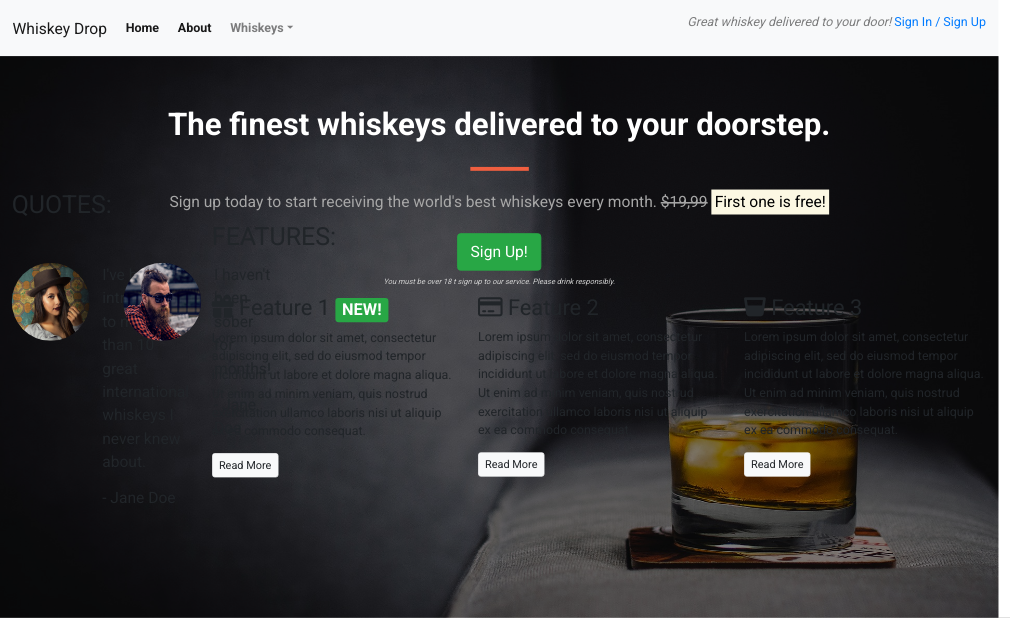
Repository: nitr-am/whiskey-project
Page: index.html
The author's editor kept a record of every edit. The page is drawn from the files as they stood at one moment, then again after the next edit.
The browser window is 1280 px wide. The page is 1295 px wide, so the pictures cover 1295 px, including what lies to the right of the window. The pictures show the whole page, at 78% of full size.
Backgrounds fixed to the window are drawn as part of the page. Some web libraries are served in a nearby version.

Above is the page before.

After the next edit:
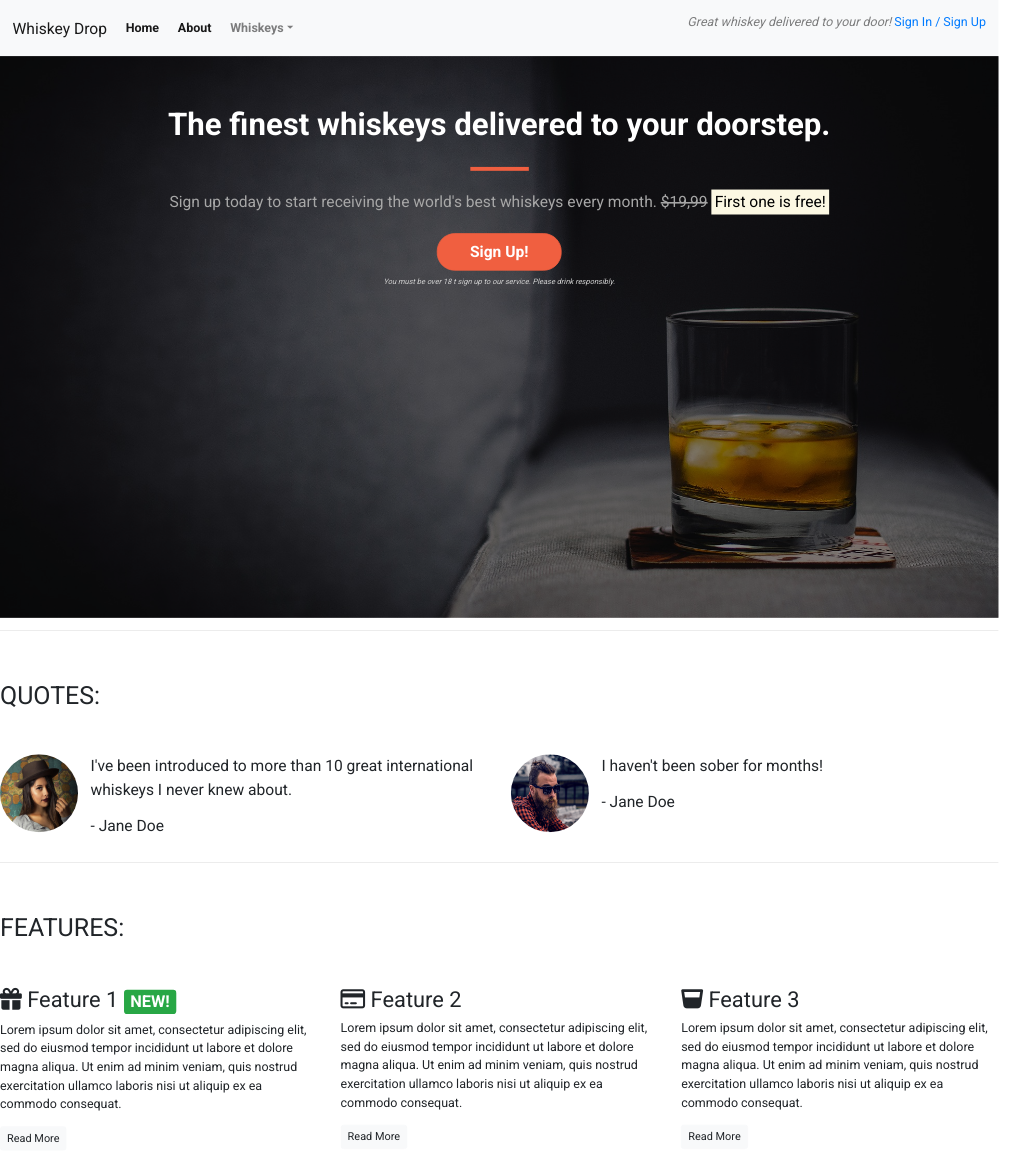
The edit:
--- a/index.html
+++ b/index.html
@@ -42,7 +42,7 @@
     </nav>
 
 
-   <!--
+    <!--
    <div class="container alert-container">
         <div class="row d-none d-sm-block">
             <div class="col-12">
@@ -57,18 +57,19 @@
     <!-- Callout -->
     <div class="container-fluid callout-container">
         <div class="opaque-overlay">
-        <div class="row">
-            <div class="col-12">
-                <section class="callout jumbotron text-center">
-                    <h1 class="jumbotron-header">The finest whiskeys delivered to your doorstep.</h1>
-                    <hr class="block-divider block-divider--orange">
-                    <p class="lead">Sign up today to start receiving the world's best whiskeys every month.
-                        <s class="d-none d-sm-inline">$19,99</s>
-                        <span class="d-inline d-sm-none"><br></span>
-                        <strong><mark>First one is free!</mark></strong></p>
-                    <button class="btn btn-success btn-lg" data-toggle="modal" data-target="#signUpModal">Sign Up!</button>
-                    <p class="text-muted "><small>You must be over 18 t sign up to our service. Please drink responsibly.</small></p>
-                </section>
+            <div class="row">
+                <div class="col-12">
+                    <section class="callout jumbotron text-center">
+                        <h1 class="jumbotron-header">The finest whiskeys delivered to your doorstep.</h1>
+                        <hr class="block-divider block-divider--orange">
+                        <p class="lead">Sign up today to start receiving the world's best whiskeys every month.
+                            <s class="d-none d-sm-inline">$19,99</s>
+                            <span class="d-inline d-sm-none"><br></span>
+                            <strong><mark>First one is free!</mark></strong></p>
+                        <button class="btn btn-lg btn--cta btn--red" data-toggle="modal" data-target="#signUpModal">Sign Up!</button>
+                        <p class="text-muted "><small>You must be over 18 t sign up to our service. Please drink responsibly.</small></p>
+                    </section>
+                </div>
             </div>
         </div>
     </div>
